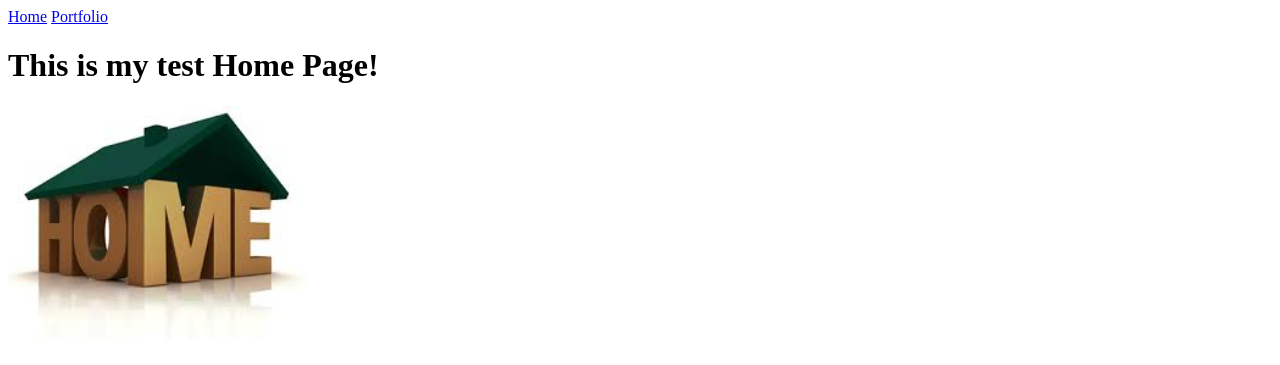
Repository: EMcmurray1862/emcmurray1862.github.io
Page: my_website/index.html
The author's editor kept a record of every edit. The page is drawn from the files as they stood at one moment, then again after the next edit.
The browser window is 1280 px wide. The pictures show the whole page.

Above is the page before.

After the next edit:
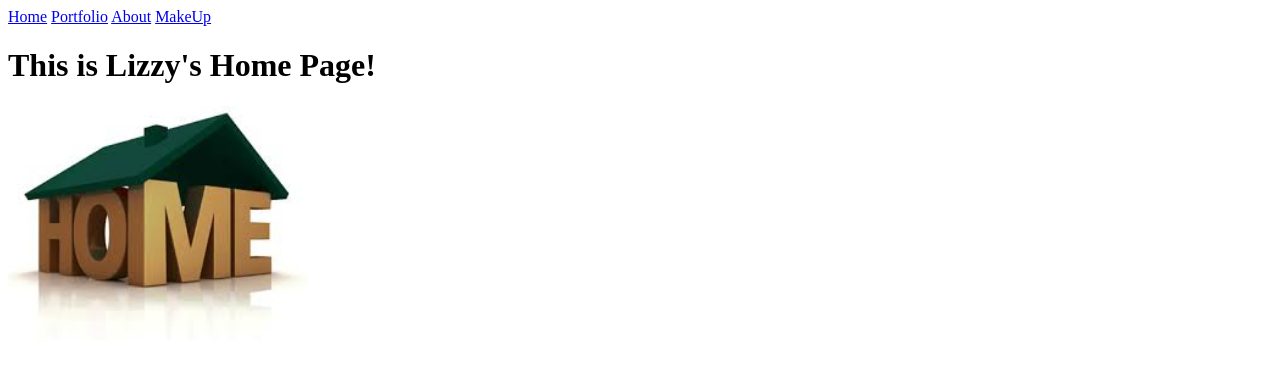
The edit:
--- a/my_website/index.html
+++ b/my_website/index.html
@@ -7,7 +7,9 @@
   <body>
     <a href="index.html">Home</a>
     <a href="portfolio.html">Portfolio</a>
-    <h1>This is my test Home Page!</h1>
+    <a href="about.html">About</a>
+    <a href="makeup.html">MakeUp</a>
+    <h1>This is Lizzy's Home Page!</h1>
     <img src="images/home.jpg" height="250">
   </body>
 </html>
